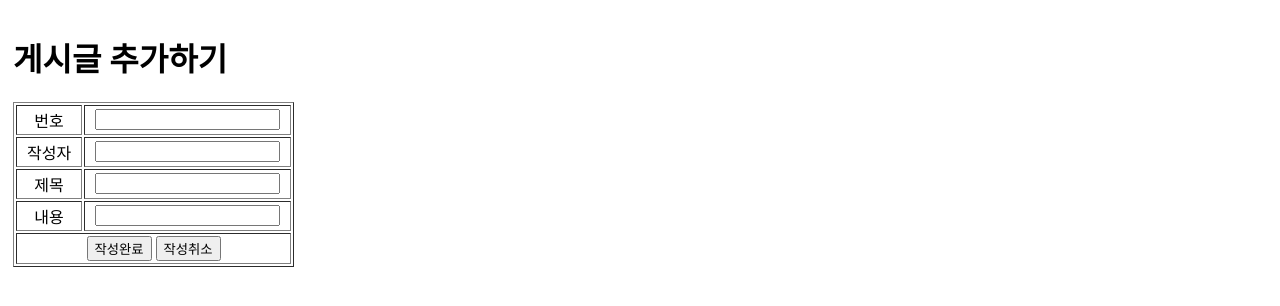
Repository: jjuhye/JSPWorkspace
Page: http://localhost/basic/00_board/_04_addBoard.jsp
The author's editor kept a copy of each file at every save. The page is drawn from the files as they stood at one save, then again after the next save.
The browser window is 1280 px wide. The pictures show the whole page.
The page is served by Tomcat 9. Other server files are loaded and not shown.

Above is the page before, as saved 2023-02-24 05:49:37.

### basic/src/main/webapp/00_board/_04_addBoard.jsp
<%@ page language="java" contentType="text/html; charset=UTF-8"
    pageEncoding="UTF-8"%>
<!DOCTYPE html>
<html>
<head>
<meta charset="UTF-8">
<title>게시글 추가</title>
<link rel="stylesheet" href="./board.css">
</head>
<body>
<div>
	<h1> 게시글 추가하기 </h1>
	<form action="_04_addBoardPro.jsp" method="post">
	<table border="1">
		<tr><td>번호</td>
		<td><input></td></tr>
		<tr><td>작성자</td>
		<td><input></td></tr>
		<tr><td>제목</td>
		<td><input></td></tr>
		<tr><td>내용</td>
		<td><input></td></tr>
		<tr><td colspan="2"><input type="button" name="write" value="작성완료">
	    	<button onclick="location.href='_00_main.jsp'">작성취소</button></td></tr>

	</table><br>
	</form>
	<!-- <a href="_00_main.jsp">뒤로가기</a> -->
</div>
</body>
</html>

### basic/src/main/webapp/00_board/board.css
@charset "UTF-8";



div{
	padding: 5px;
}

td{
	padding: 2px 10px;
	text-align:center;
}

After the next save:
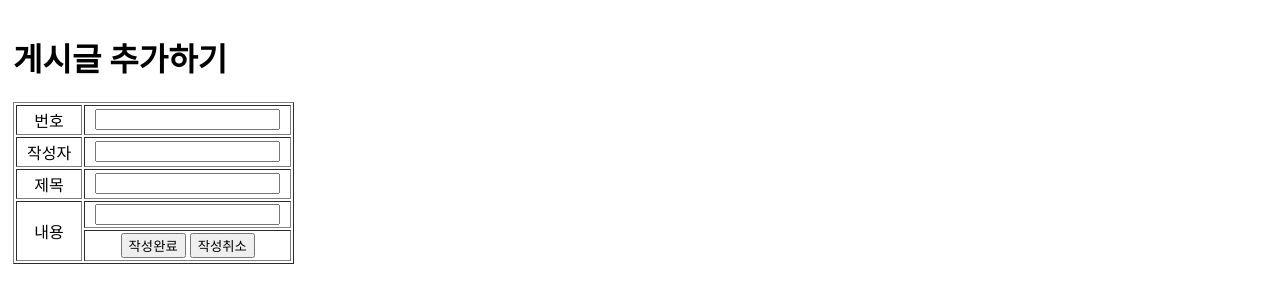
Saved 44 min 34 s later.
--- a/basic/src/main/webapp/00_board/_04_addBoard.jsp
+++ b/basic/src/main/webapp/00_board/_04_addBoard.jsp
@@ -18,7 +18,7 @@
 		<td><input></td></tr>
 		<tr><td>제목</td>
 		<td><input></td></tr>
-		<tr><td>내용</td>
+		<tr><td rowspan='7'>내용</td>
 		<td><input></td></tr>
 		<tr><td colspan="2"><input type="button" name="write" value="작성완료">
 	    	<button onclick="location.href='_00_main.jsp'">작성취소</button></td></tr>
